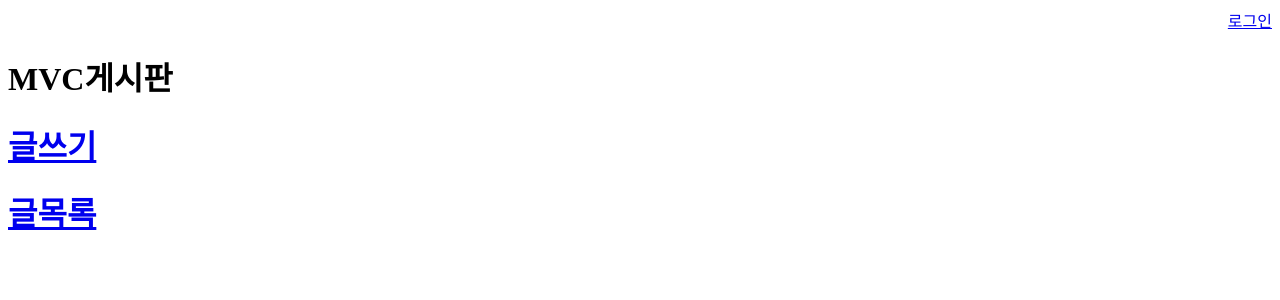
Repository: ReadStar/Jsp_MVC
Page: http://localhost/MVC_Board/
The author's editor kept a copy of each file at every save. The page is drawn from the files as they stood at one save, then again after a run of saves.
The browser window is 1280 px wide. The pictures show the whole page.
The page is served by Tomcat 9.

Above is the page before, as saved 2020-11-24 00:32:07.

After the next 2 saves:
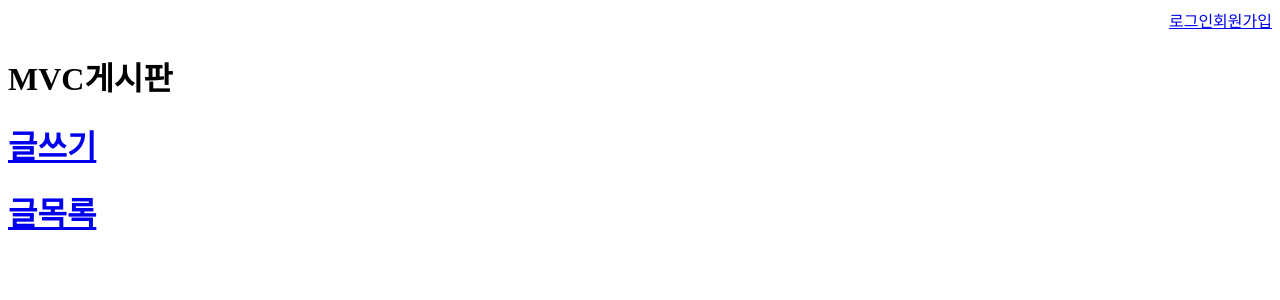
The 2 saves are shown as one change because they came seconds apart.
The last was saved 43 s later.
--- a/MVC_Board/WebContent/index.jsp
+++ b/MVC_Board/WebContent/index.jsp
@@ -12,7 +12,7 @@
 </style>
 </head>
 <body>
-	<section id ="login"><a href="MemberLoginForm.me">로그인</a></section>
+	<section id ="login"><a href="MemberLoginForm.me">로그인</a><a href="MemberJoinForm.me">회원가입</a></section>
 	<h1>MVC게시판</h1>
 	<h1><a href="BoardWriteForm.bo">글쓰기</a></h1>
 	<h1><a href="BoardList.bo">글목록</a></h1>
